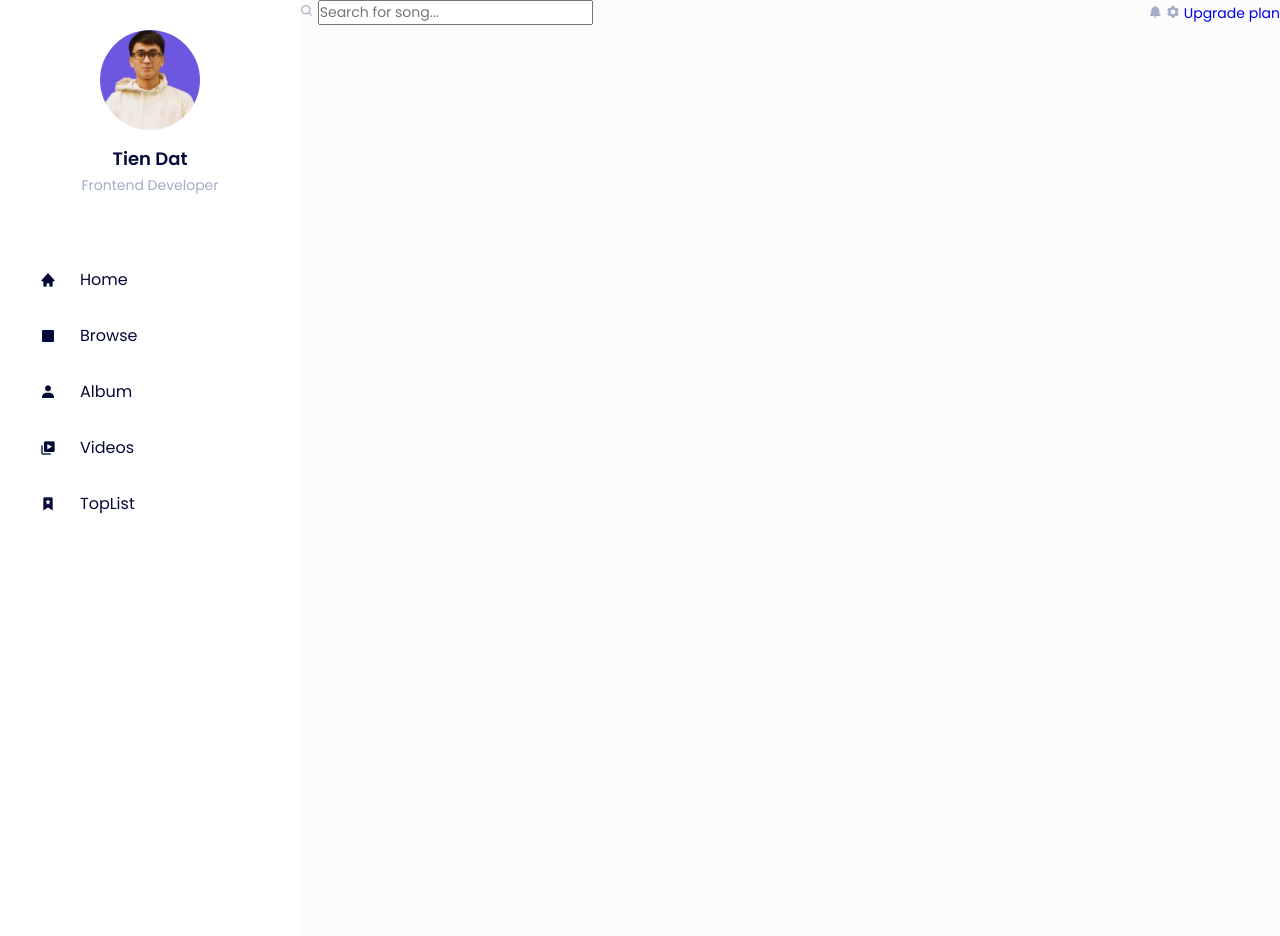
Repository: Datt21/music-webapp
Page: index.html
The author's editor kept a copy of each file at every save. The page is drawn from the files as they stood at one save, then again after the next save.
The browser window is 1280 px wide. The pictures show the whole page.
The style sheet was rebuilt from its Sass, Less or Tailwind sources for each picture, by a compiler version that may differ from the author's.

Above is the page before, as saved 2021-09-05 05:14:48.

### index.html
<!DOCTYPE html>
<html lang="en">
<head>
    <meta charset="UTF-8">
    <meta http-equiv="X-UA-Compatible" content="IE=edge">
    <meta name="viewport" content="width=device-width, initial-scale=1.0">
    <title>Music App</title>
    <!--------------- Icon ------------------->
    <link href='https://unpkg.com/boxicons@2.0.9/css/boxicons.min.css' rel='stylesheet'>

    <!-------------- Fonts ------------------>
    <link rel="preconnect" href="https://fonts.gstatic.com" />
    <link
      href="https://fonts.googleapis.com/css2?family=Poppins:wght@300;400;600;700&display=swap"
      rel="stylesheet"
    />

    <!--------------- Css -------------------->
    <link rel="stylesheet" href="./app.css">

</head>
<body>
    <div class="wrapper">
        <div class="sidebar">
            <div class="profile">
                <img src="./images/img-me.jpg" alt="" class="profile-avatar">
                <h3 class="profile-name">Tien Dat</h3>
                <span class="profile-position">Frontend Developer</span>
            </div>

            <ul class="menu">
                <li class="menu-item">
                    <a href="#" class="menu-link">
                        <i class='bx bxs-home menu-icon'></i><span>Home</span>
                    </a>
                </li>
                <li class="menu-item">
                    <a href="#" class="menu-link">
                        <i class='bx bxs-square menu-icon'></i><span>Browse</span>
                    </a>
                </li>
                <li class="menu-item">
                    <a href="#" class="menu-link">
                        <i class='bx bxs-user menu-icon'></i><span>Album</span>
                    </a>
                </li>
                <li class="menu-item">
                    <a href="#" class="menu-link">
                        <i class='bx bxs-videos menu-icon'></i><span>Videos</span>
                    </a>
                </li>
                <li class="menu-item">
                    <a href="#" class="menu-link">
                        <i class='bx bxs-bookmark-star menu-icon'></i><span>TopList</span>
                    </a>
                </li>
            </ul>
        </div>
        <!------ main ------>
        <div class="main">
            <div class="header">
                <div class="search">
                    <i class='bx bx-search search-icon'></i>
                    <input type="text" inputmode="search"
                    placeholder="Search for song..."
                    class="search-input"/>
                </div>
                <div class="tool">
                    <i class='bx bxs-bell tool-icon'></i>
                    <i class='bx bxs-cog tool-icon' ></i>
                    <a href="#" class="upgrade">Upgrade plan</a>
                </div>
            </div>
        </div>
        <!------ end main ------>
    </div>


    <!--========= JS =======-->
    <script src="./app.js"></script>
</body>
</html>

### app.scss
$gray: #050938;
$gray-light: #a4adc8;
$primary: #2b48d9;
$orange: #fb612c;
$red: #fc2872;

html {
    box-sizing: border-box;
}

* {
    margin: 0;
    padding: 0;
}

*,
*:before,
*:after {
    box-sizing: border-box;
}

input,
textarea,
select,
button {
    outline: none;
    font-family: "Poppins", sans-serif;
    font-size: 14px;
    line-height: normal;
}

label,
button {
    cursor: pointer;
}

a {
    text-decoration: none;
}

img {
    display: block;
    max-width: 100%;
}

ul {
    list-style: none;
}

body {
    font-family: "Poppins", sans-serif;
    font-size: 14px;
    line-height: 1;
    background-color: white;
    color: $gray-light;
    -webkit-font-smoothing: antialiased;
    -moz-osx-font-smoothing: grayscale;
    max-width: 1920px;
    margin: 0 auto;
}

.wrapper {
    display: grid;
    grid-template-columns: 300px 1fr;
    grid-gap: 0;
    background-color: #fcfcfc;
    min-height: 130vh;
}

.sidebar {
    padding: 30px;
    background-color: white;
}

.profile {
    text-align: center;
    margin-bottom: 70px;
    &-avatar {
        width: 100px;
        height: 100px;
        border-radius: 100rem;
        object-fit: cover;
        margin: 0 auto 20px;
        box-shadow: rgba(100, 100, 111, 0.2);
    }
    &-name {
        font-weight: 600;
        font-size: 18px;
        color: $gray;
        margin-bottom: 10px;
    }
}

.menu {
    &-item {
        margin-bottom: 20px;
    }
    &-link {
        display: flex;
        align-items: center;
        padding: 10px;
        color: $gray;
        font-size: 16px;
    }
    &-link:hover {
        color: $primary;
    }
    &-icon {
        width: 25px;
        margin-right: 15px;
    }
}

.header {
    display: flex;
    justify-content: space-between;
    align-items: center;
    margin-bottom: 40px;
}

Loaded but not shown: app.js (no copy from this time; the picture is the same without it)

After the next save:
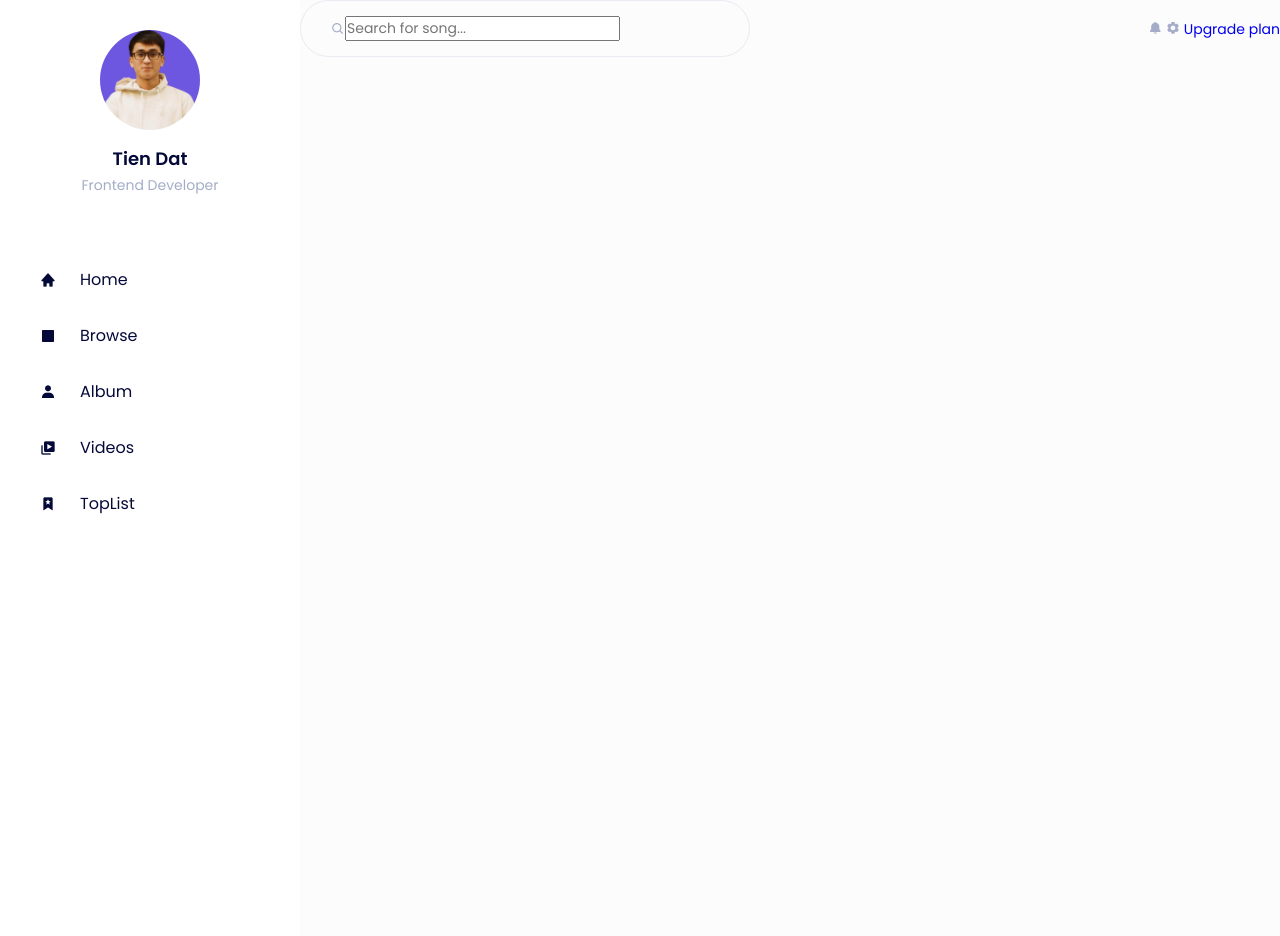
Saved 2 min 31 s later.
--- a/app.scss
+++ b/app.scss
@@ -117,3 +117,13 @@
     align-items: center;
     margin-bottom: 40px;
 }
+
+.search {
+    padding: 15px 30px;
+    border: 1px solid #e9ebf2;
+    border-radius: 100px;
+    display: flex;
+    align-items: center;
+    width: 100%;
+    max-width: 450px;
+}
